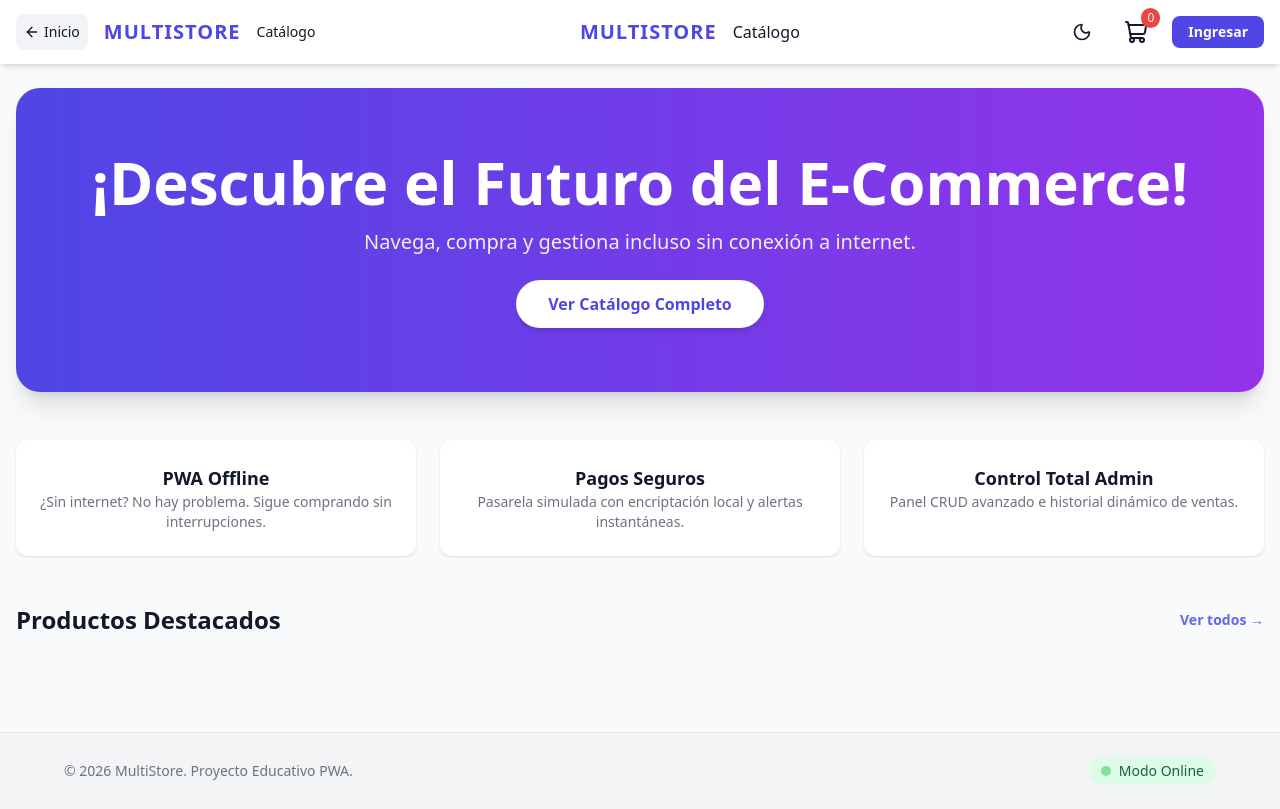
Repository: jamedina22-max/Actividad-de-clase-extra-Jes-s-Medina-
Page: index.html
These files come from the project's save history. The page is drawn as it stood at one moment and after the next save; the edit follows.
The browser window is 1280 px wide. The pictures show the whole page.
The page's requests for data from a server got no answer. Some web libraries are served in a nearby version.

Above is the page before, as saved 2026-06-11 10:09:43.

### index.html
<!DOCTYPE html>
<html lang="es" class="light">
<head>
    <meta charset="UTF-8">
    <meta name="viewport" content="width=device-width, initial-scale=1.0">
    <title>MultiStore PWA</title>
    <script src="https://cdn.tailwindcss.com"></script>
    <script>
        // Configuración de Tailwind para modo oscuro por clase
        tailwind.config = { darkMode: 'class' }
    </script>
    <script src="https://unpkg.com/lucide@latest"></script>
</head>
<body class="bg-gray-50 text-gray-900 dark:bg-gray-900 dark:text-gray-100 min-h-screen flex flex-col transition-colors duration-300">

    <nav class="bg-white dark:bg-gray-800 shadow-md sticky top-0 z-50 px-4 py-3 flex justify-between items-center">

        <div class="flex items-center space-x-4">
        <button onclick="navigate('landing')" class="p-2 rounded-lg bg-gray-100 dark:bg-gray-700 hover:bg-gray-200 dark:hover:bg-gray-600 transition flex items-center space-x-1 text-sm font-medium">
        <i data-lucide="arrow-left" class="w-4 h-4"></i>
        <span class="hidden sm:inline">Inicio</span>
    </button>

    <span class="text-xl font-black tracking-wider text-indigo-600 dark:text-indigo-400 select-none">MULTISTORE</span>

    <div id="nav-links" class="hidden md:flex space-x-4">
        <button onclick="navigate('catalog')" class="text-sm font-medium hover:text-indigo-500 transition">Catálogo</button>
        <button id="btn-admin-panel" onclick="navigate('admin')" class="hidden text-sm font-bold text-red-500 hover:text-red-600 transition">Panel Admin</button>
    </div>
</div>

        <div class="flex items-center space-x-4">
            <a href="#" onclick="navigate('landing')" class="text-xl font-bold tracking-wider text-indigo-600 dark:text-indigo-400">MULTISTORE</a>
            <div id="nav-links" class="hidden md:flex space-x-4">
                <button onclick="navigate('catalog')" class="hover:text-indigo-500">Catálogo</button>
                <button id="btn-admin-panel" onclick="navigate('admin')" class="hidden hover:text-red-500 font-semibold">Panel Admin</button>
            </div>
        </div>

        <div class="flex items-center space-x-4">
            <button id="theme-toggle" class="p-2 rounded-full hover:bg-gray-200 dark:hover:bg-gray-700">
                <i data-lucide="moon" class="w-5 h-5 block dark:hidden"></i>
                <i data-lucide="sun" class="w-5 h-5 hidden dark:block"></i>
            </button>
            <button onclick="navigate('cart')" class="relative p-2">
                <i data-lucide="shopping-cart" class="w-6 h-6"></i>
                <span id="cart-count" class="absolute -top-1 -right-1 bg-red-500 text-white text-xs rounded-full px-1.5 py-0.5">0</span>
            </button>
            <div id="auth-zone">
                <button onclick="navigate('login')" class="bg-indigo-600 text-white px-4 py-1.5 rounded-lg text-sm hover:bg-indigo-700">Ingresar</button>
            </div>
        </div>
    </nav>

    <main id="main-content" class="flex-grow container mx-auto px-4 py-6">
        </main>

    <footer class="bg-gray-100 dark:bg-gray-800 border-t border-gray-200 dark:border-gray-700 mt-auto py-6 px-4 text-center">
        <div class="flex flex-col md:flex-row justify-between items-center max-w-6xl mx-auto space-y-4 md:space-y-0">
            <p class="text-sm text-gray-500 dark:text-gray-400">&copy; 2026 MultiStore. Proyecto Educativo PWA.</p>

            <div id="connection-status" class="flex items-center space-x-2 text-sm font-medium px-3 py-1 rounded-full bg-green-100 text-green-800 dark:bg-green-900 dark:text-green-200">
                <span class="w-2.5 h-2.5 bg-green-500 rounded-full animate-pulse"></span>
                <span>Modo Online</span>
            </div>
        </div>
    </footer>

    <script src="js/storage.js"></script>
    <script src="js/api.js"></script>
    <script src="js/auth.js"></script>
    <script src="js/catalog.js"></script>
    <script src="js/admin.js"></script>
    <script src="js/app.js"></script>
</body>
</body>
</html>

### js/storage.js

const KEYS = {
    PRODUCTS: 'ms_products',
    USERS: 'ms_users',
    CURRENT_USER: 'ms_session',
    CART: 'ms_cart',
    ORDERS: 'ms_orders',
    THEME: 'ms_theme'
};

function initLocalStorage() {
    if (!localStorage.getItem(KEYS.USERS)) {
        const defaultUsers = [
            { email: 'admin@store.com', pass: 'admin123', name: 'Admin Principal', role: 'admin', avatar: 'https://i.pravatar.cc/150?img=33', address: 'Oficina Central' },
            { email: 'user@store.com', pass: 'user123', name: 'Juan Pérez', role: 'client', avatar: 'https://i.pravatar.cc/150?img=12', address: 'Calle Falsa 123' }
        ];
        localStorage.setItem(KEYS.USERS, JSON.stringify(defaultUsers));
    }
    if (!localStorage.getItem(KEYS.ORDERS)) localStorage.setItem(KEYS.ORDERS, JSON.stringify([]));
    if (!localStorage.getItem(KEYS.CART)) localStorage.setItem(KEYS.CART, JSON.stringify([]));
}

function getLocalData(key) {
    return JSON.parse(localStorage.getItem(key)) || [];
}

function saveLocalData(key, data) {
    localStorage.setItem(key, JSON.stringify(data));
}

initLocalStorage();

### js/api.js

async function checkAndLoadAPIProducts() {
    let localProducts = getLocalData(KEYS.PRODUCTS);

    if (localProducts.length === 0) {
        try {
            console.log("Poblando catálogo desde FakeStoreAPI por primera vez...");
            const response = await fetch('https://fakestoreapi.com/products');
            const data = await response.json();

            const structuredProducts = data.map(p => ({
                id: p.id,
                title: p.title,
                price: p.price,
                description: p.description,
                category: p.category,
                image: p.image,
                rating: { rate: p.rating?.rate || 4, count: p.rating?.count || 1 },
                reviews: [{ user: "Anónimo", stars: 5, comment: "Excelente producto inicial." }]
            }));

            saveLocalData(KEYS.PRODUCTS, structuredProducts);
            return structuredProducts;
        } catch (error) {
            console.error("Error cargando la API externa, usando datos vacíos", error);
            return [];
        }
    }
    return localProducts;
}

### js/auth.js

let vistaActualAuth = 'login';

function renderLogin() {
    if (vistaActualAuth === 'login') {
        return `
            <div class="max-w-md mx-auto bg-white dark:bg-gray-800 p-8 rounded-2xl shadow-xl my-10 border border-gray-100 dark:border-gray-700">
                <h2 class="text-2xl font-black mb-6 text-center">Iniciar Sesión</h2>
                <div class="space-y-4">
                    <div>
                        <label class="block text-xs font-bold uppercase text-gray-400 mb-1">Correo Electrónico</label>
                        <input type="email" id="login-email" class="w-full p-2.5 border rounded-xl dark:bg-gray-700 dark:border-gray-600" placeholder="user@store.com">
                    </div>
                    <div>
                        <label class="block text-xs font-bold uppercase text-gray-400 mb-1">Contraseña</label>
                        <input type="password" id="login-pass" class="w-full p-2.5 border rounded-xl dark:bg-gray-700 dark:border-gray-600" placeholder="••••••••">
                    </div>
                    <button onclick="ejecutarLogin()" class="w-full bg-indigo-600 text-white py-3 rounded-xl font-bold hover:bg-indigo-700 transition shadow-md">Ingresar</button>
                </div>

                <div class="mt-6 flex flex-col items-center space-y-2 text-sm">
                    <button onclick="cambiarPestañaAuth('register')" class="text-indigo-500 hover:underline">¿No tienes cuenta? Regístrate aquí</button>
                    <button onclick="cambiarPestañaAuth('recover')" class="text-gray-400 hover:underline text-xs">¿Olvidaste tu contraseña?</button>
                </div>
            </div>
        `;
    }

    if (vistaActualAuth === 'register') {
        return `
            <div class="max-w-md mx-auto bg-white dark:bg-gray-800 p-8 rounded-2xl shadow-xl my-10 border border-gray-100 dark:border-gray-700">
                <h2 class="text-2xl font-black mb-6 text-center">Crear una Cuenta</h2>
                <div class="space-y-4">
                    <div>
                        <label class="block text-xs font-bold uppercase text-gray-400 mb-1">Nombre Completo</label>
                        <input type="text" id="reg-name" class="w-full p-2.5 border rounded-xl dark:bg-gray-700 dark:border-gray-600" placeholder="Ej. Ana Gómez">
                    </div>
                    <div>
                        <label class="block text-xs font-bold uppercase text-gray-400 mb-1">Correo Electrónico</label>
                        <input type="email" id="reg-email" class="w-full p-2.5 border rounded-xl dark:bg-gray-700 dark:border-gray-600" placeholder="ana@ejemplo.com">
                    </div>
                    <div>
                        <label class="block text-xs font-bold uppercase text-gray-400 mb-1">Contraseña</label>
                        <input type="password" id="reg-pass" class="w-full p-2.5 border rounded-xl dark:bg-gray-700 dark:border-gray-600" placeholder="Crea una contraseña segura">
                    </div>
                    <div>
                        <label class="block text-xs font-bold uppercase text-gray-400 mb-1">Dirección de Envío</label>
                        <input type="text" id="reg-address" class="w-full p-2.5 border rounded-xl dark:bg-gray-700 dark:border-gray-600" placeholder="Calle, Número, Ciudad">
                    </div>
                    <button onclick="ejecutarRegistro()" class="w-full bg-green-600 text-white py-3 rounded-xl font-bold hover:bg-green-700 transition shadow-md">Registrarme</button>
                </div>

                <div class="mt-6 text-center text-sm">
                    <button onclick="cambiarPestañaAuth('login')" class="text-indigo-500 hover:underline">¿Ya tienes cuenta? Inicia sesión</button>
                </div>
            </div>
        `;
    }

    if (vistaActualAuth === 'recover') {
        return `
            <div class="max-w-md mx-auto bg-white dark:bg-gray-800 p-8 rounded-2xl shadow-xl my-10 border border-gray-100 dark:border-gray-700">
                <h2 class="text-2xl font-black mb-4 text-center">Recuperar Contraseña</h2>
                <p class="text-sm text-gray-500 dark:text-gray-400 text-center mb-6">Introduce tu correo electrónico y te mostraremos tu contraseña simulada del LocalStorage.</p>
                <div class="space-y-4">
                    <div>
                        <label class="block text-xs font-bold uppercase text-gray-400 mb-1">Correo Electrónico</label>
                        <input type="email" id="recover-email" class="w-full p-2.5 border rounded-xl dark:bg-gray-700 dark:border-gray-600" placeholder="ana@ejemplo.com">
                    </div>
                    <button onclick="ejecutarRecuperacion()" class="w-full bg-purple-600 text-white py-3 rounded-xl font-bold hover:bg-purple-700 transition shadow-md">Buscar Credenciales</button>
                </div>

                <div class="mt-6 text-center text-sm">
                    <button onclick="cambiarPestañaAuth('login')" class="text-indigo-500 hover:underline">Volver al Login</button>
                </div>
            </div>
        `;
    }
}


function cambiarPestañaAuth(nuevaPestaña) {
    vistaActualAuth = nuevaPestaña;
    navigate('login');
}

function ejecutarRegistro() {
    const name = document.getElementById('reg-name').value;
    const email = document.getElementById('reg-email').value;
    const pass = document.getElementById('reg-pass').value;
    const address = document.getElementById('reg-address').value;

    if (!name || !email || !pass || !address) {
        alert("Por favor rellene todos los campos para el registro.");
        return;
    }

    let usuarios = getLocalData(KEYS.USERS);


    if (usuarios.some(u => u.email === email)) {
        alert("Este correo ya está registrado en el sistema.");
        return;
    }


    const nuevoUsuario = {
        email,
        pass,
        name,
        role: 'client', // Todo registro por defecto es rol Cliente
        avatar: `https://i.pravatar.cc/150?u=${email}`,
        address
    };

    usuarios.push(nuevoUsuario);
    saveLocalData(KEYS.USERS, usuarios);

    alert("¡Registro completado con éxito! Ya puedes iniciar sesión.");
    cambiarPestañaAuth('login');
}


function ejecutarRecuperacion() {
    const email = document.getElementById('recover-email').value;
    const usuarios = getLocalData(KEYS.USERS);
    const usuario = usuarios.find(u => u.email === email);

    if (usuario) {
        alert(`🔒 [Simulación de Recuperación]\nPara el usuario: ${usuario.name}\nSu contraseña guardada es: ${usuario.pass}`);
        cambiarPestañaAuth('login');
    } else {
        alert("No se encontró ningún usuario con ese correo electrónico.");
    }
}

function ejecutarLogin() {
    const email = document.getElementById('login-email').value;
    const pass = document.getElementById('login-pass').value;

    const usuarios = getLocalData(KEYS.USERS);
    const usuarioEncontrado = usuarios.find(u => u.email === email && u.pass === pass);

    if (usuarioEncontrado) {
        sessionStorage.setItem(KEYS.CURRENT_USER, JSON.stringify(usuarioEncontrado));


        const carritoGuardado = localStorage.getItem(`ms_cart_${usuarioEncontrado.email}`);
        carrito = carritoGuardado ? JSON.parse(carritoGuardado) : [];


        saveLocalData(KEYS.CART, carrito);
        actualizarContadorCarrito();

        alert(`¡Bienvenido de nuevo, ${usuarioEncontrado.name}!`);
        actualizarNavbarPorSesion();
        navigate('landing');
    } else {
        alert("Credenciales incorrectas. Revisa los datos.");
    }
}


function actualizarNavbarPorSesion() {
    const user = JSON.parse(sessionStorage.getItem(KEYS.CURRENT_USER));
    const authZone = document.getElementById('auth-zone');
    const btnAdmin = document.getElementById('btn-admin-panel');

    if (user) {
        if (user.role === 'admin') {
            btnAdmin.classList.remove('hidden');
        } else {
            btnAdmin.classList.add('hidden');
        }

        authZone.innerHTML = `
            <div class="flex items-center space-x-2 sm:space-x-3">
                <img src="${user.avatar}" class="w-8 h-8 rounded-full border border-indigo-500 object-cover" alt="Avatar">
                <span class="text-xs font-bold hidden sm:inline truncate max-w-[100px]">${user.name}</span>
                <button onclick="ejecutarLogout()" class="text-xs bg-gray-100 dark:bg-gray-700 px-2 py-1 rounded-lg hover:bg-red-500 hover:text-white transition">Salir</button>
            </div>
        `;
    } else {
        btnAdmin.classList.add('hidden');
        authZone.innerHTML = `<button onclick="navigate('login')" class="bg-indigo-600 text-white px-4 py-1.5 rounded-lg text-sm font-semibold hover:bg-indigo-700 transition">Ingresar</button>`;
    }
}

function ejecutarLogout() {
    const user = JSON.parse(sessionStorage.getItem(KEYS.CURRENT_USER));

    if (user) {
        localStorage.setItem(`ms_cart_${user.email}`, JSON.stringify(carrito));
    }
    carrito = [];
    saveLocalData(KEYS.CART, []);
    actualizarContadorCarrito();
    sessionStorage.removeItem(KEYS.CURRENT_USER);
    actualizarNavbarPorSesion();

    alert("Sesión finalizada. Carrito resguardado.");
    navigate('landing');
}

Loaded but not shown: js/catalog.js (261 lines, source omitted); js/admin.js (140 lines, source omitted); js/app.js (165 lines, source omitted)

After the next save:
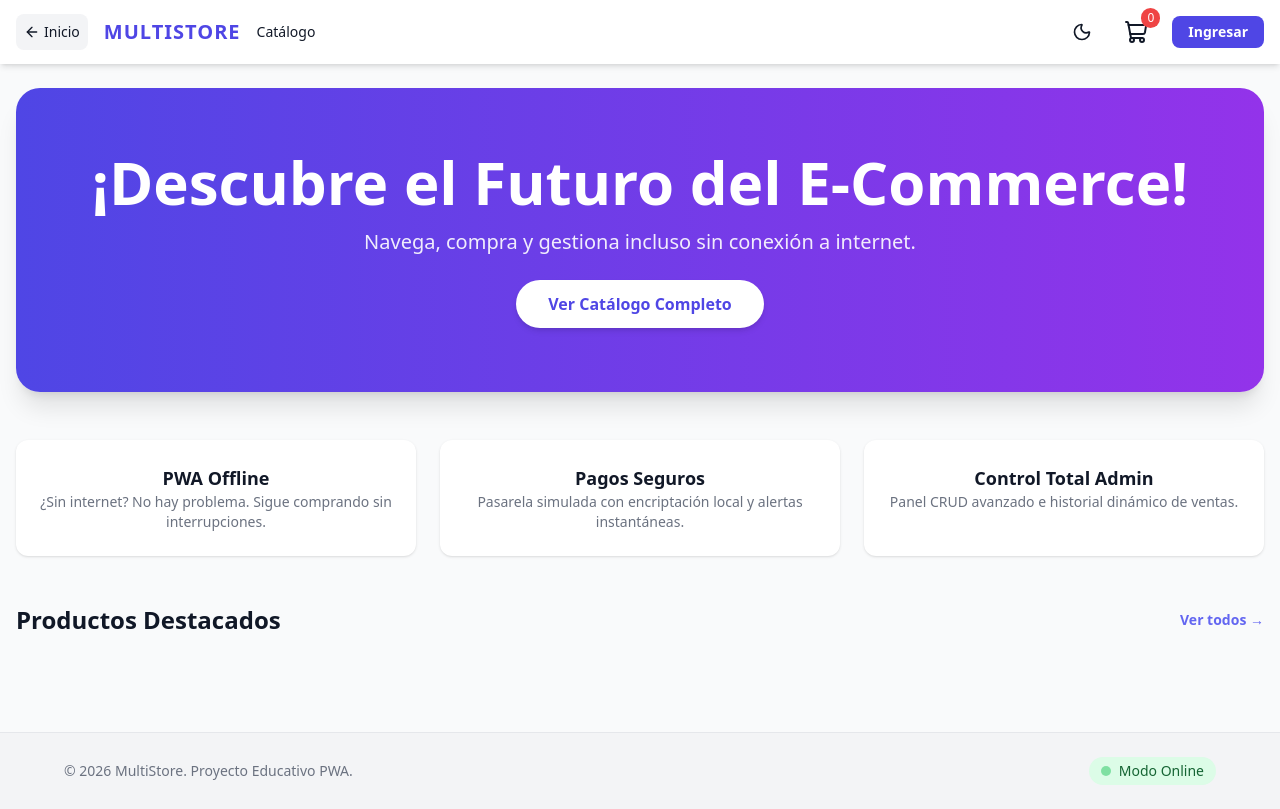
Saved 10 s later.
--- a/index.html
+++ b/index.html
@@ -6,7 +6,6 @@
     <title>MultiStore PWA</title>
     <script src="https://cdn.tailwindcss.com"></script>
     <script>
-        // Configuración de Tailwind para modo oscuro por clase
         tailwind.config = { darkMode: 'class' }
     </script>
     <script src="https://unpkg.com/lucide@latest"></script>
@@ -16,24 +15,16 @@
     <nav class="bg-white dark:bg-gray-800 shadow-md sticky top-0 z-50 px-4 py-3 flex justify-between items-center">
 
         <div class="flex items-center space-x-4">
-        <button onclick="navigate('landing')" class="p-2 rounded-lg bg-gray-100 dark:bg-gray-700 hover:bg-gray-200 dark:hover:bg-gray-600 transition flex items-center space-x-1 text-sm font-medium">
-        <i data-lucide="arrow-left" class="w-4 h-4"></i>
-        <span class="hidden sm:inline">Inicio</span>
-    </button>
+            <button onclick="navigate('landing')" class="p-2 rounded-lg bg-gray-100 dark:bg-gray-700 hover:bg-gray-200 dark:hover:bg-gray-600 transition flex items-center space-x-1 text-sm font-medium">
+                <i data-lucide="arrow-left" class="w-4 h-4"></i>
+                <span class="hidden sm:inline">Inicio</span>
+            </button>
 
-    <span class="text-xl font-black tracking-wider text-indigo-600 dark:text-indigo-400 select-none">MULTISTORE</span>
+            <span class="text-xl font-black tracking-wider text-indigo-600 dark:text-indigo-400 select-none">MULTISTORE</span>
 
-    <div id="nav-links" class="hidden md:flex space-x-4">
-        <button onclick="navigate('catalog')" class="text-sm font-medium hover:text-indigo-500 transition">Catálogo</button>
-        <button id="btn-admin-panel" onclick="navigate('admin')" class="hidden text-sm font-bold text-red-500 hover:text-red-600 transition">Panel Admin</button>
-    </div>
-</div>
-
-        <div class="flex items-center space-x-4">
-            <a href="#" onclick="navigate('landing')" class="text-xl font-bold tracking-wider text-indigo-600 dark:text-indigo-400">MULTISTORE</a>
             <div id="nav-links" class="hidden md:flex space-x-4">
-                <button onclick="navigate('catalog')" class="hover:text-indigo-500">Catálogo</button>
-                <button id="btn-admin-panel" onclick="navigate('admin')" class="hidden hover:text-red-500 font-semibold">Panel Admin</button>
+                <button onclick="navigate('catalog')" class="text-sm font-medium hover:text-indigo-500 transition">Catálogo</button>
+                <button id="btn-admin-panel" onclick="navigate('admin')" class="hidden text-sm font-bold text-red-500 hover:text-red-600 transition">Panel Admin</button>
             </div>
         </div>
 
@@ -42,18 +33,20 @@
                 <i data-lucide="moon" class="w-5 h-5 block dark:hidden"></i>
                 <i data-lucide="sun" class="w-5 h-5 hidden dark:block"></i>
             </button>
-            <button onclick="navigate('cart')" class="relative p-2">
+
+            <button id="btn-cart-global" onclick="navigate('cart')" class="relative p-2">
                 <i data-lucide="shopping-cart" class="w-6 h-6"></i>
                 <span id="cart-count" class="absolute -top-1 -right-1 bg-red-500 text-white text-xs rounded-full px-1.5 py-0.5">0</span>
             </button>
+
             <div id="auth-zone">
-                <button onclick="navigate('login')" class="bg-indigo-600 text-white px-4 py-1.5 rounded-lg text-sm hover:bg-indigo-700">Ingresar</button>
+                <button onclick="navigate('login')" class="bg-indigo-600 text-white px-4 py-1.5 rounded-lg text-sm font-semibold hover:bg-indigo-700 transition">Ingresar</button>
             </div>
         </div>
     </nav>
 
     <main id="main-content" class="flex-grow container mx-auto px-4 py-6">
-        </main>
+    </main>
 
     <footer class="bg-gray-100 dark:bg-gray-800 border-t border-gray-200 dark:border-gray-700 mt-auto py-6 px-4 text-center">
         <div class="flex flex-col md:flex-row justify-between items-center max-w-6xl mx-auto space-y-4 md:space-y-0">
@@ -73,5 +66,4 @@
     <script src="js/admin.js"></script>
     <script src="js/app.js"></script>
 </body>
-</body>
 </html>
--- a/js/auth.js
+++ b/js/auth.js
@@ -127,7 +127,7 @@ function ejecutarRecuperacion() {
     const usuario = usuarios.find(u => u.email === email);
 
     if (usuario) {
-        alert(`🔒 [Simulación de Recuperación]\nPara el usuario: ${usuario.name}\nSu contraseña guardada es: ${usuario.pass}`);
+        alert(` [Simulación de Recuperación]\nPara el usuario: ${usuario.name}\nSu contraseña guardada es: ${usuario.pass}`);
         cambiarPestañaAuth('login');
     } else {
         alert("No se encontró ningún usuario con ese correo electrónico.");
@@ -143,34 +143,36 @@ function ejecutarLogin() {
 
     if (usuarioEncontrado) {
         sessionStorage.setItem(KEYS.CURRENT_USER, JSON.stringify(usuarioEncontrado));
-
-
         const carritoGuardado = localStorage.getItem(`ms_cart_${usuarioEncontrado.email}`);
         carrito = carritoGuardado ? JSON.parse(carritoGuardado) : [];
-
-
         saveLocalData(KEYS.CART, carrito);
         actualizarContadorCarrito();
 
         alert(`¡Bienvenido de nuevo, ${usuarioEncontrado.name}!`);
         actualizarNavbarPorSesion();
-        navigate('landing');
+
+        if (usuarioEncontrado.role === 'admin') {
+            navigate('admin');
+        } else {
+            navigate('landing');
+        }
     } else {
         alert("Credenciales incorrectas. Revisa los datos.");
     }
 }
-
 
 function actualizarNavbarPorSesion() {
     const user = JSON.parse(sessionStorage.getItem(KEYS.CURRENT_USER));
     const authZone = document.getElementById('auth-zone');
     const btnAdmin = document.getElementById('btn-admin-panel');
-
+    const btnCart = document.getElementById('btn-cart-global');
     if (user) {
         if (user.role === 'admin') {
             btnAdmin.classList.remove('hidden');
+            if (btnCart) btnCart.classList.add('hidden');
         } else {
             btnAdmin.classList.add('hidden');
+            if (btnCart) btnCart.classList.remove('hidden');
         }
 
         authZone.innerHTML = `
@@ -181,7 +183,9 @@ function actualizarNavbarPorSesion() {
             </div>
         `;
     } else {
+
         btnAdmin.classList.add('hidden');
+        if (btnCart) btnCart.classList.remove('hidden');
         authZone.innerHTML = `<button onclick="navigate('login')" class="bg-indigo-600 text-white px-4 py-1.5 rounded-lg text-sm font-semibold hover:bg-indigo-700 transition">Ingresar</button>`;
     }
 }
